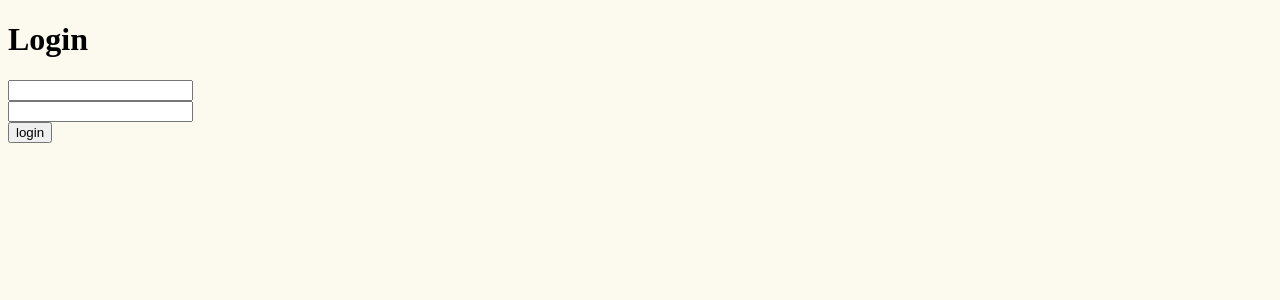
Repository: rehamtaher10/thirdReactTask
Page: /
These files come from the project's save history. The page is drawn as it stood at one moment and after a run of saves; the edit follows.
The browser window is 1280 px wide. The pictures show the whole page.
The project was rebuilt for these pictures with package versions that can differ from the ones it lists, and the page was loaded fresh each time. Also part of the build but not shown: vite.config.js, src/components/HomePage/Home.jsx, src/style/navBar.css, src/components/Navbar.jsx, src/components/Layout/Layout.jsx, src/components/AboutPage/About.jsx, src/style/contactUs.css, src/components/ContactUsPage/ContactUs.jsx and 2 more.

Above is the page before, as saved 2024-12-01 22:42:09.

### src/App.jsx
import React from "react";
import Home from "./components/HomePage/Home";
import { createBrowserRouter, RouterProvider } from "react-router-dom";
import Layout from "./components/Layout/Layout";
import About from "./components/AboutPage/About";
import ContactUs from "./components/ContactUsPage/ContactUs";
import Service from "./components/ServicePage/Service";
import LoginPage from "./components/loginPage/LoginPage"

export default function App() {
  const Routing = createBrowserRouter([
    { path: "", element: <LoginPage /> },
    {
      path: "home",
      element: <Layout />,
      // errorElement: <h1>404 Not Found</h1>,
      children: [
        { path: "", element: <Home /> },
        { path: "about", element: <About /> },
        { path: "service", element: <Service /> },
        {
          path: "contact",
          element: <ContactUs />,
          children: [
            { index: true, element: <h1>Contact us Form</h1> },
            { path: "location", element: <h1>Contact us Location</h1> },
            { path: "emails", element: <h1>Contact us Emails</h1> },
            { path: "phone-number", element: <h1>Phone Number</h1> },
          ],
        },
        { path: "*", element: <section>Not Found Page</section> },
      ],
    },
  ]);
  return <RouterProvider router={Routing} />;
}

### src/components/loginPage/LoginPage.jsx
import { Form, Formik } from "formik";
import React from "react";
import { useNavigate } from "react-router-dom";
import * as Yup from "yup";
import WrapperInput from "../wrapperInput/WrapperInput";
import "../../style/loginPage.css";
export default function LoginPage() {
  const navigate = useNavigate();

  const validationSchema = Yup.object({
    email: Yup.string()
      .email("Must Be Like E-mail Format")
      .required("E-mail is Requird"),
    password: Yup.string().min(7).max(15).required("Password is Requird"),
  });
  const initialValues = {
    email: "",
    password: "",
  };
  const onSubmit = (values) => {
    console.log(values);
    navigate("/home");
  };

  return (
    <div>
      <h1>Login</h1>
      <Formik
        initialValues={initialValues}
        onSubmit={onSubmit}
        validationSchema={validationSchema}
      >
        <Form>
          <WrapperInput name={"email"} isDefault />
          <WrapperInput name={"password"} isPassword />
          <button type="submit">login</button>
        </Form>
      </Formik>
    </div>
  );
}

### src/components/wrapperInput/WrapperInput.jsx
import { ErrorMessage, Field } from "formik";
import React from "react";
import ErrorMessageField from "./ErrorMessageField";

export default function WrapperInput({ name, placeholder ,isDefault ,isPassword}) {
    return (
        <div className="wrapper_input">
            {isDefault && <Field name={name} placeholder={placeholder} />}
            {isPassword && (
                <Field name={name} placeholder={placeholder}>
                    {({ field }) => <input type="password" {...field} />}
                </Field>
            )}
            <ErrorMessage name={name} component={ErrorMessageField} />
        </div>
    );
}


// React Basics (Folder Structure - Components - Props - State)
// Style (External - Sass + Bem - Bootrstrap  - MUI)
// Hooks (UseState - UseEffect - UseContext - UseRef)
// Routes (React Router Dom)
// Formik + Yup
// State Management (React Query + Redux)

### src/style/loginPage.css
body{
    background-color: #FCFAEE;
}

Loaded but not shown: index.html (common file); src/main.jsx (common file)

After the next 3 saves:
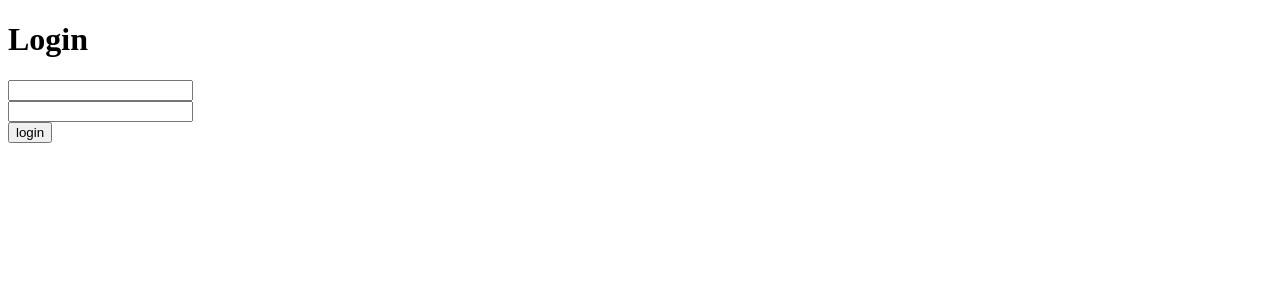
The 3 saves are shown as one change because they came seconds apart.
The last was saved 66 s later.
--- a/src/style/loginPage.css
+++ b/src/style/loginPage.css
@@ -1,3 +1,3 @@
 body{
-    background-color: #FCFAEE;
+    background-color:gra;
 }

After the save that followed:
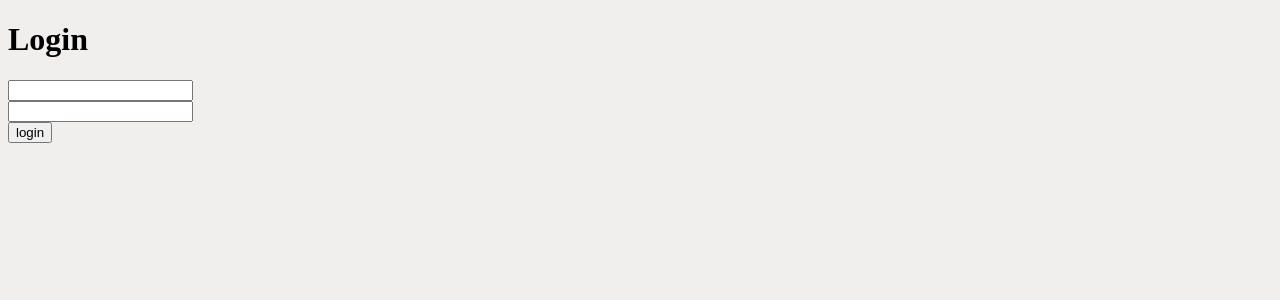
Saved 19 s later.
--- a/src/style/loginPage.css
+++ b/src/style/loginPage.css
@@ -1,3 +1,3 @@
 body{
-    background-color:gra;
+    background-color:rgb(241, 238, 238);
 }
